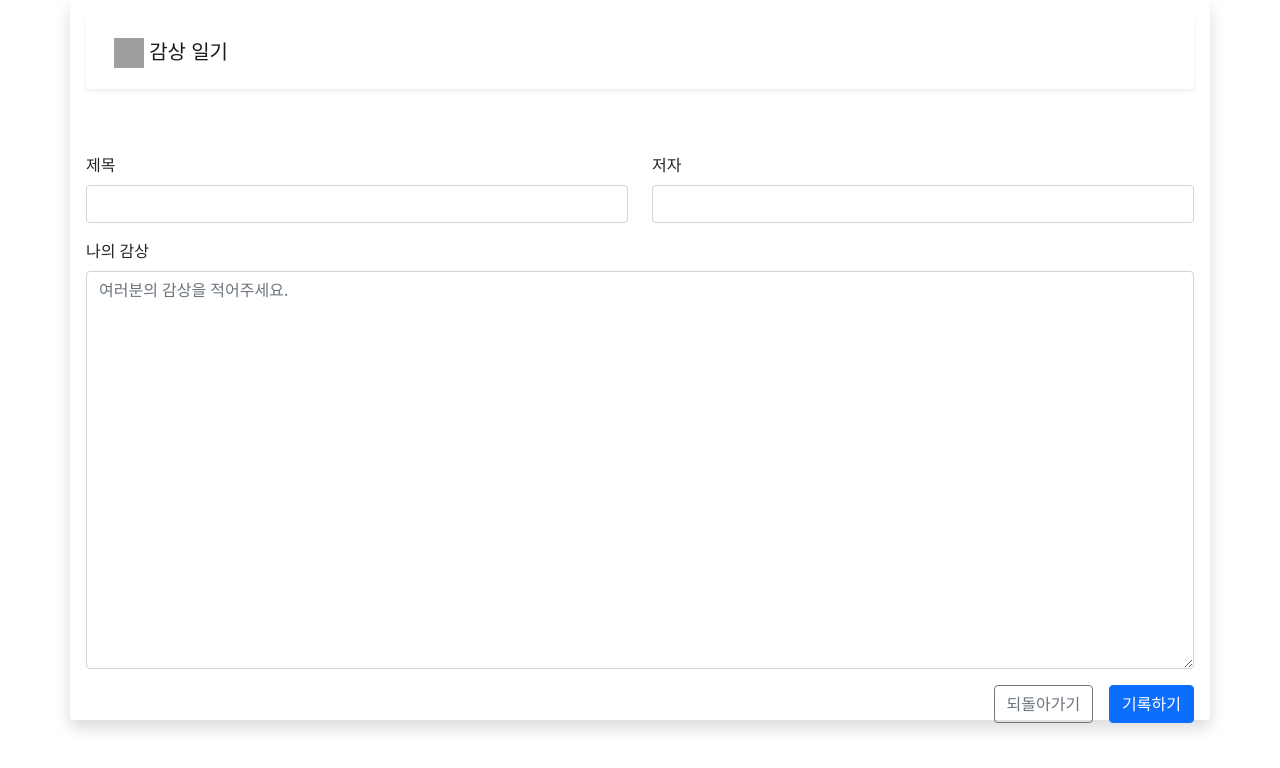
Repository: EunSung98/readMemo
Page: http://localhost/cultureMemoProject/memo/upload.jsp
An editor plug-in stored every save of this project. The page is shown before and after the next save, followed by the edit.
The browser window is 1280 px wide. The pictures show the whole page.
Pictures or frames that could not be fetched are drawn as grey boxes. The page is served by Tomcat 9. Other server files are loaded and not shown.

Above is the page before, as saved 2023-06-07 12:51:01.

### cultureMemoProject/src/main/webapp/memo/upload.jsp
<%@ page language="java" contentType="text/html; charset=UTF-8"
    pageEncoding="UTF-8" errorPage="error.jsp" %>
<!DOCTYPE html>
<html>
<head>
<meta charset="UTF-8">
<link href="https://cdn.jsdelivr.net/npm/bootstrap@5.1.3/dist/css/bootstrap.min.css" rel="stylesheet" integrity="sha384-1BmE4kWBq78iYhFldvKuhfTAU6auU8tT94WrHftjDbrCEXSU1oBoqyl2QvZ6jIW3" crossorigin="anonymous">
<script src="https://cdn.jsdelivr.net/npm/bootstrap@5.1.3/dist/js/bootstrap.bundle.min.js" integrity="sha384-ka7Sk0Gln4gmtz2MlQnikT1wXgYsOg+OMhuP+IlRH9sENBO0LRn5q+8nbTov4+1p" crossorigin="anonymous"></script>
<title>감상 일기</title>
</head>
<body>
<div class="container shadow p-3 mb-5 bg-body rounded vh-100">
<jsp:include page="../header.jsp"/>
	<form action="uploadProc.jsp" method="post">
	<div class="row">
		<div class="col">
		  <label for="exampleFormControlInput1" class="form-label  mt-3">제목</label>
		  <input type="text" class="form-control" name="bookName">
		 </div>
		 <div class="col mb-3">
		  <label for="exampleFormControlInput1" class="form-label  mt-3">저자</label>
		  <input type="text" class="form-control" name="writer">
		</div>
	</div>
		<div class="mb-3">
		  <label for="exampleFormControlTextarea1" class="form-label">나의 감상</label>
		  <textarea class="form-control" name="content" rows="16"
		  	placeholder="여러분의 감상을 적어주세요."></textarea>
		</div>
		<div class="col">
		  <div class="d-grid gap-2 d-md-flex justify-content-md-end">
			<button class=" btn btn-outline-secondary me-md-2" type="button" onclick="location.href='diary.jsp'">되돌아가기</button>
			<button class="btn btn-primary"type="submit">기록하기</button>
		  </div>
		</div>
	</form>
</div>
</body>
</html>

### cultureMemoProject/src/main/webapp/header.jsp
<%@ page language="java" contentType="text/html; charset=UTF-8"
    pageEncoding="UTF-8"%>
<!DOCTYPE html>
<html>
<head>
<meta charset="UTF-8">
<link href="https://cdn.jsdelivr.net/npm/bootstrap@5.1.3/dist/css/bootstrap.min.css" rel="stylesheet" integrity="sha384-1BmE4kWBq78iYhFldvKuhfTAU6auU8tT94WrHftjDbrCEXSU1oBoqyl2QvZ6jIW3" crossorigin="anonymous">
<script src="https://cdn.jsdelivr.net/npm/bootstrap@5.1.3/dist/js/bootstrap.bundle.min.js" integrity="sha384-ka7Sk0Gln4gmtz2MlQnikT1wXgYsOg+OMhuP+IlRH9sENBO0LRn5q+8nbTov4+1p" crossorigin="anonymous"></script>
<title>감상 일기</title>
</head>
<body>
<nav class="bg-light navbar navbar-light shadow-sm p-3 mb-5 bg-body rounded w-100">
  <div class="container-fluid">
    <a class="navbar-brand" href="#">
      <img src="https://cdn-icons-png.flaticon.com/512/3238/3238016.png" alt="" width="30" height="30" class="d-inline-block align-text-top">
      감상 일기
    </a>
    <input class="btn">
  </div>
</nav>
</body>
</html>

After the next save:
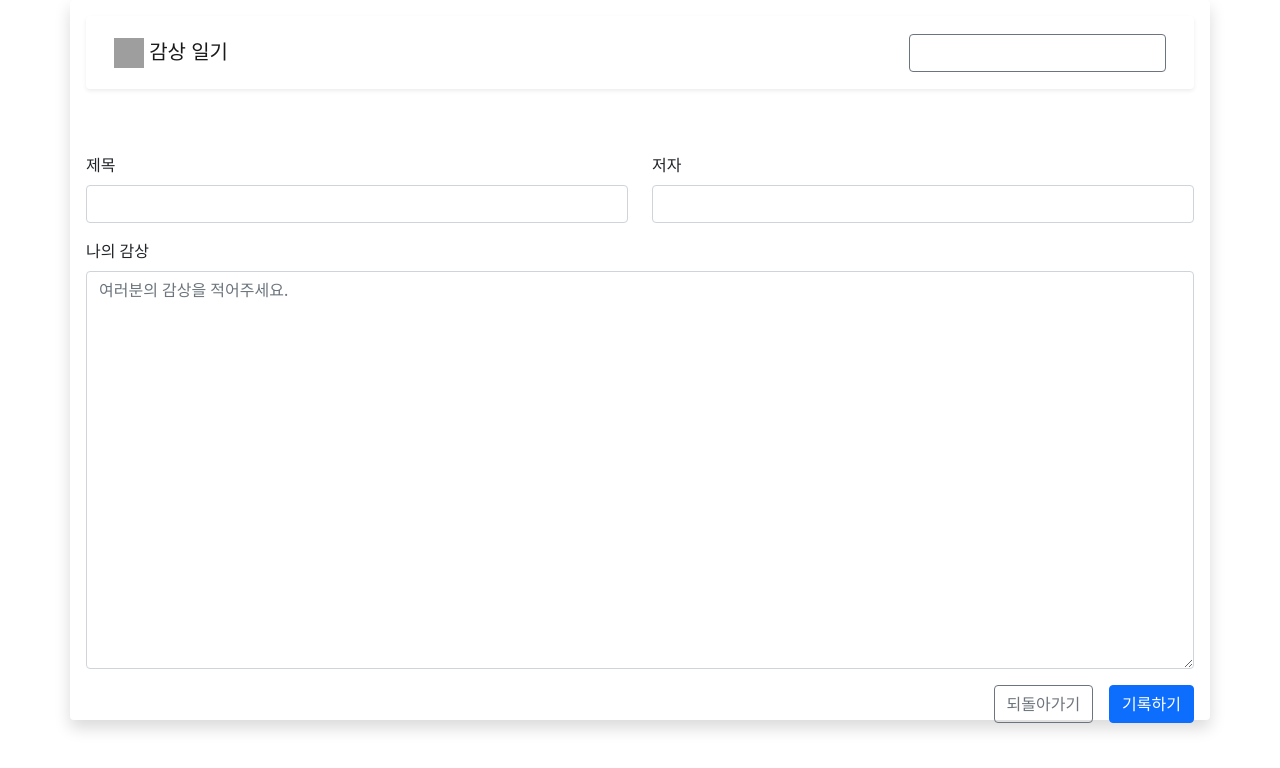
Saved 28 s later.
--- a/cultureMemoProject/src/main/webapp/header.jsp
+++ b/cultureMemoProject/src/main/webapp/header.jsp
@@ -15,7 +15,7 @@
       <img src="https://cdn-icons-png.flaticon.com/512/3238/3238016.png" alt="" width="30" height="30" class="d-inline-block align-text-top">
       감상 일기
     </a>
-    <input class="btn">
+    <input class="btn btn-outline-secondary">
   </div>
 </nav>
 </body>
